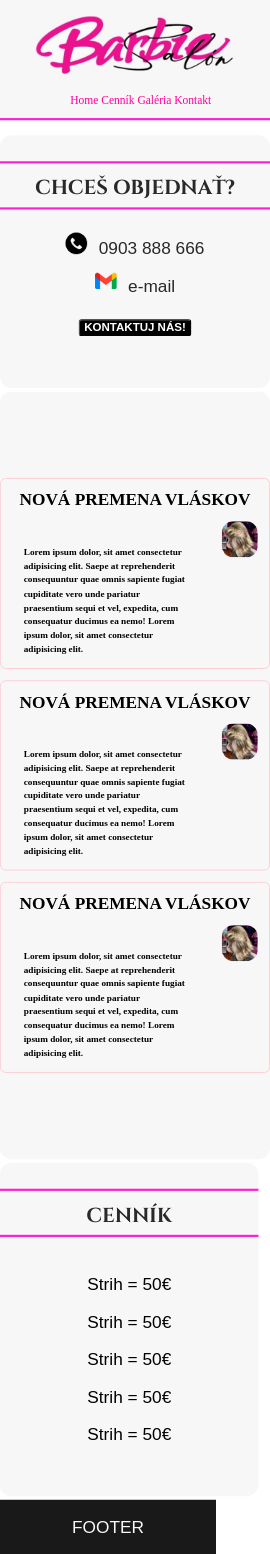
Repository: Badynko/Barbie-salon
Page: index.html
The author's editor kept a copy of each file at every save. The page is drawn from the files as they stood at one save, then again after the next save.
The browser window is 375 px wide. The pictures show the whole page, at 72% of full size.
Some web fonts or font styles are not loaded; a fallback is used.

Above is the page before, as saved 2024-08-05 15:19:27.

After the next save:
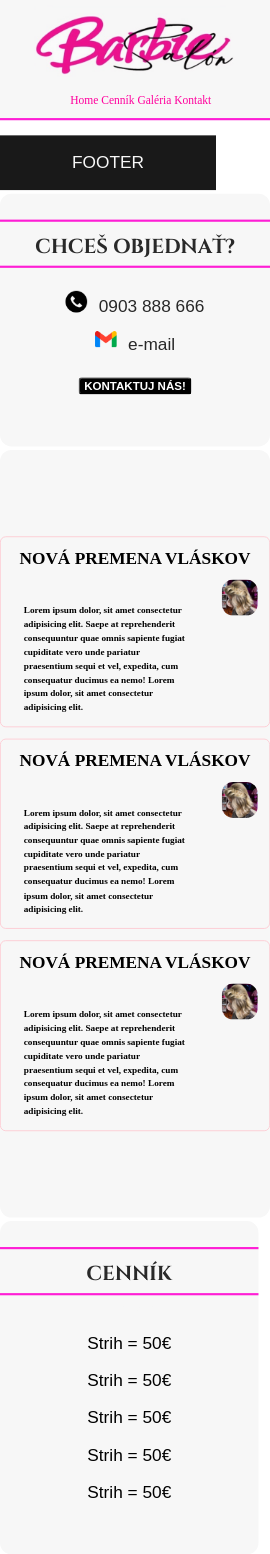
Saved 4 h 37 min later.
--- a/css/style.css
+++ b/css/style.css
@@ -324,4 +324,8 @@
   .social {
     display: none;
   }
-}
+
+  .main {
+    order: 1;
+  }
+}

After the save that followed:
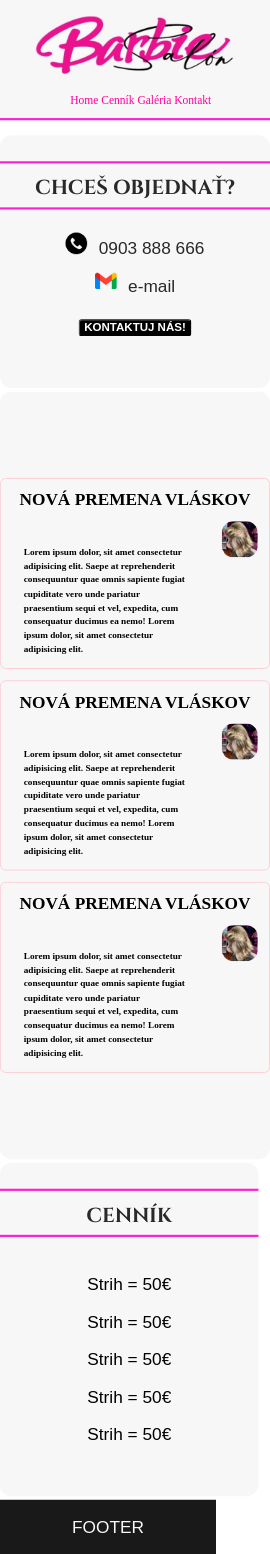
Saved 18 s later.
--- a/css/style.css
+++ b/css/style.css
@@ -326,6 +326,6 @@
   }
 
   .main {
-    order: 1;
-  }
-}
+    order: 0;
+  }
+}
